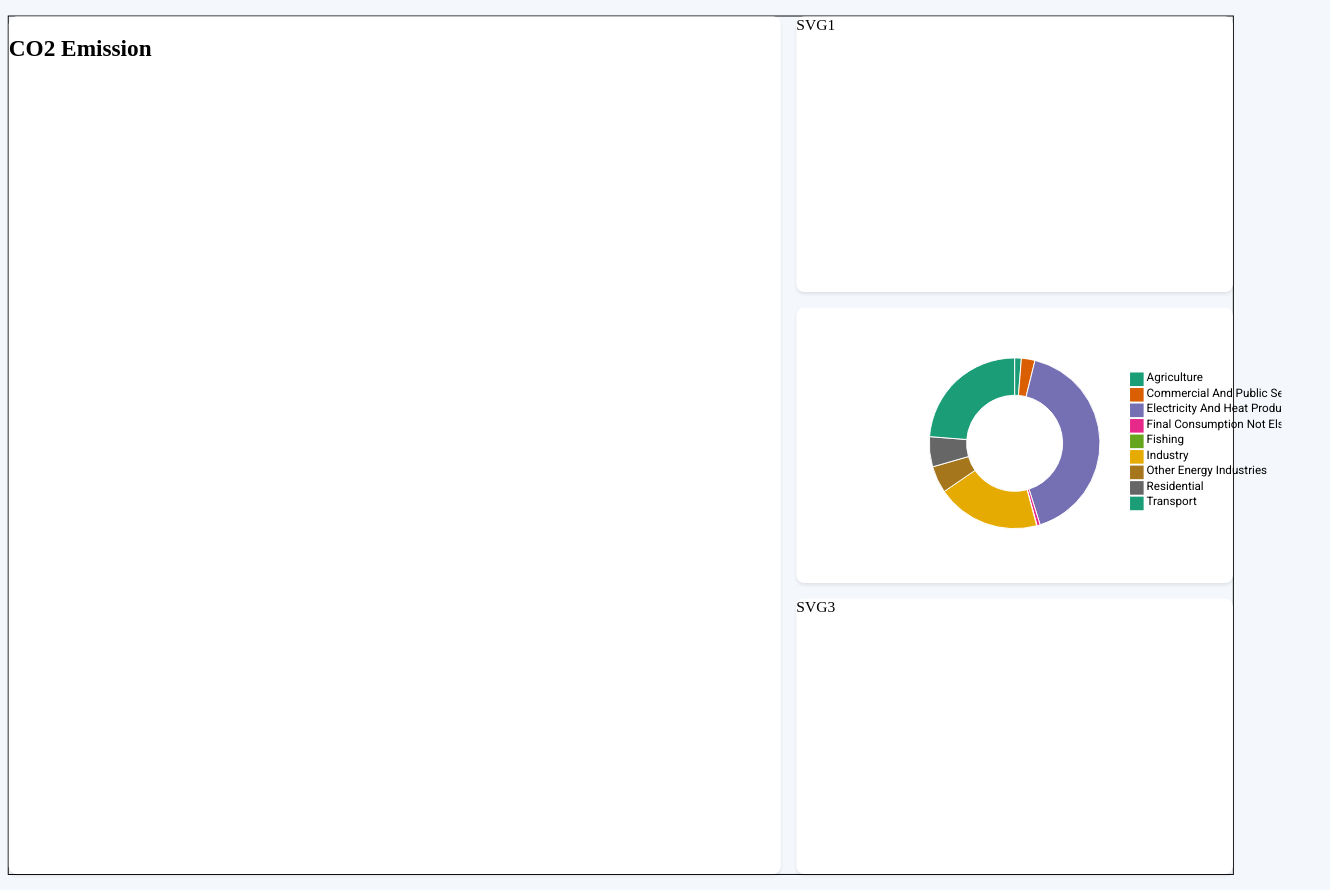
Repository: losmarco/CO2-Emission-Data-Dashboard
Page: index.html
The author's editor kept a copy of each file at every save. The page is drawn from the files as they stood at one save, then again after the next save.
The browser window is 1280 px wide. The page is 1371 px wide, so the pictures cover 1371 px, including what lies to the right of the window. The pictures show the whole page, at 97% of full size.
The style sheet was rebuilt from its Sass, Less or Tailwind sources for each picture, by a compiler version that may differ from the author's.

Above is the page before, as saved 2020-03-29 17:39:34.

After the next save:
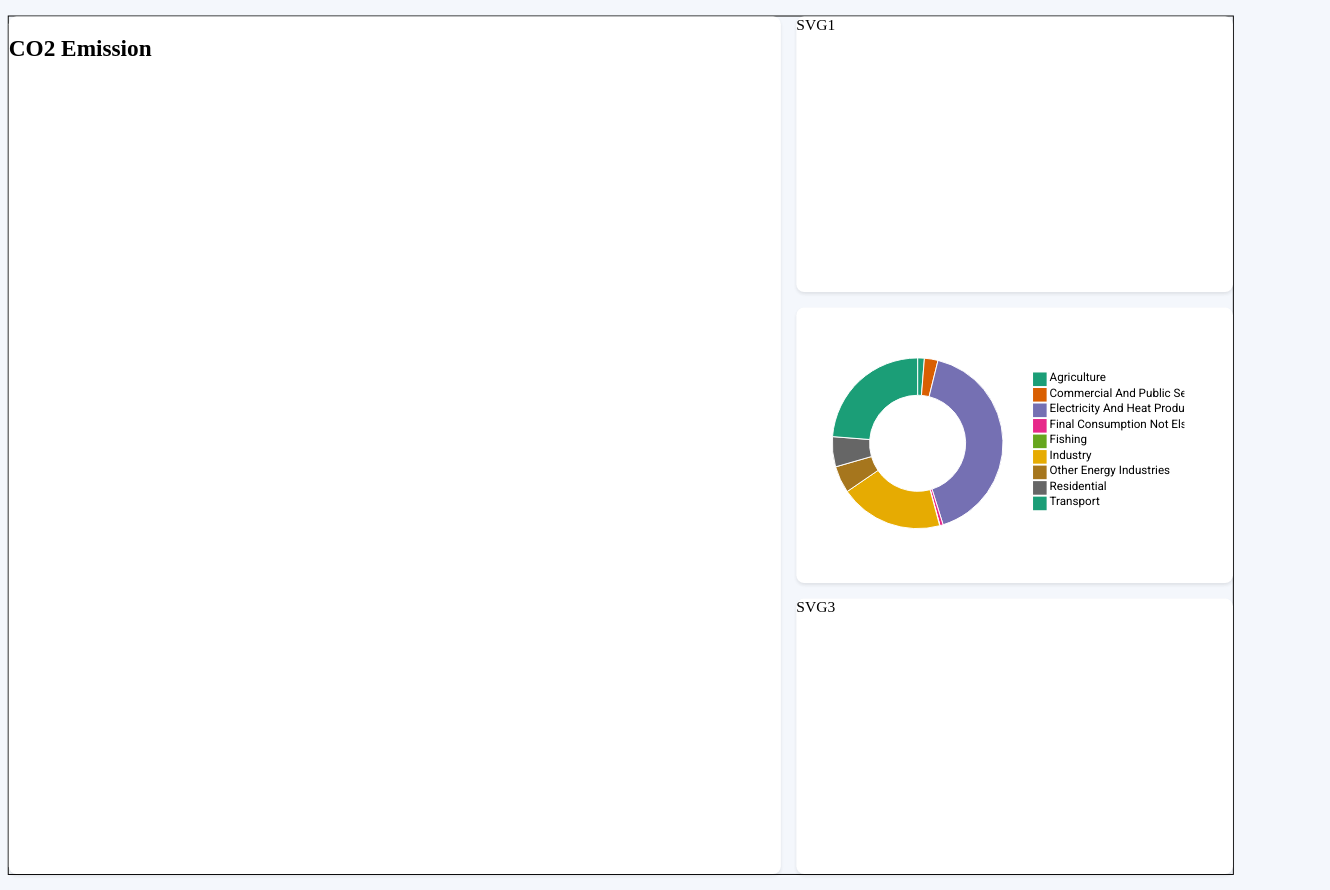
Saved 14 s later.
--- a/style.scss
+++ b/style.scss
@@ -58,7 +58,7 @@ body{
     grid-column: 4/5;
     width: 450px;
     svg{
-        transform: translateX(-50px);
+        transform: translateX(-150px);
     }
     .legend {
         font-family: 'Roboto', sans-serif;
